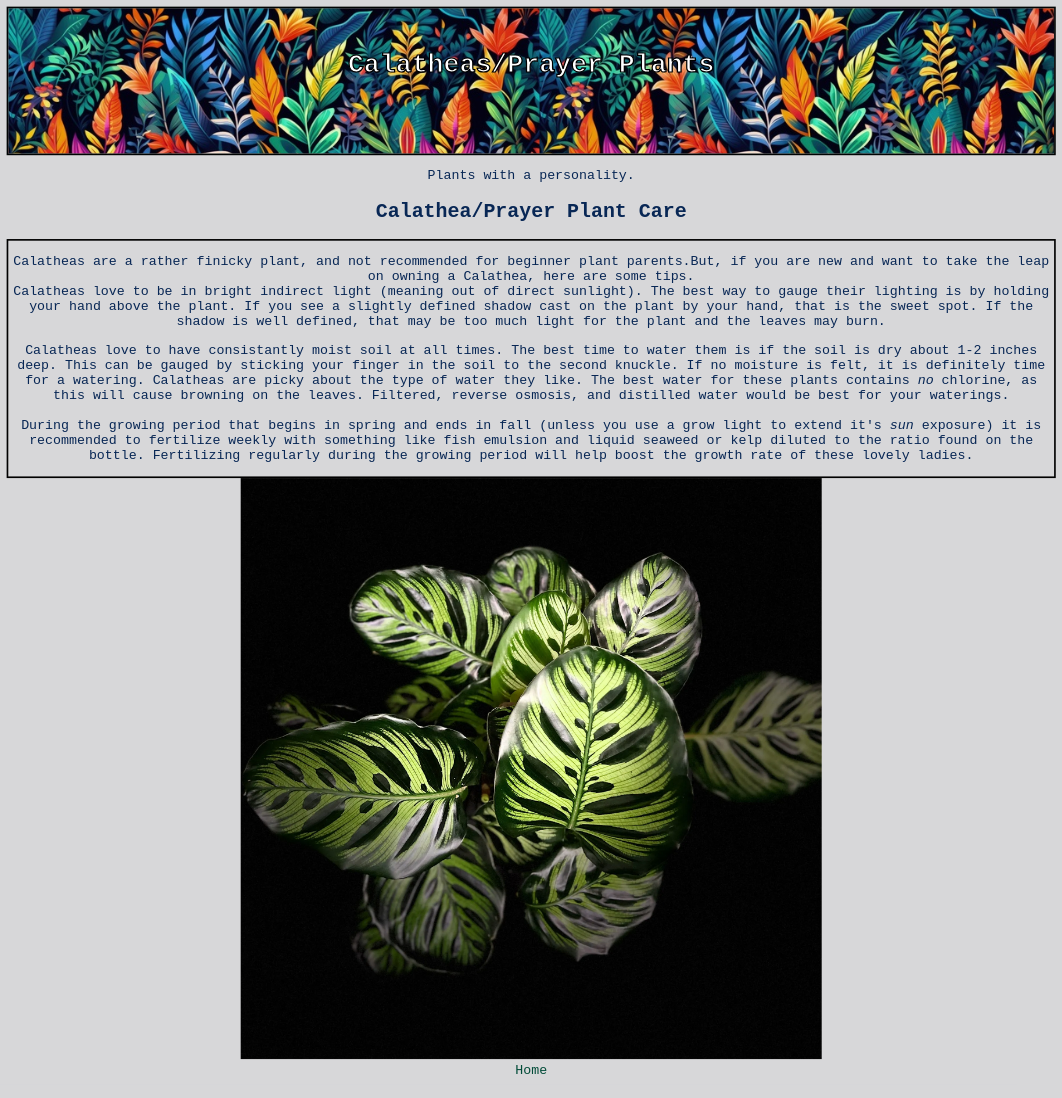
Repository: swillis91/odin-recipies
Page: Planty Page/calatheas.html
The author's editor kept a copy of each file at every save. The page is drawn from the files as they stood at one save, then again after the next save.
The browser window is 1280 px wide. The pictures show the whole page, at 83% of full size.

Above is the page before, as saved 2023-08-14 23:21:30.

After the next save:
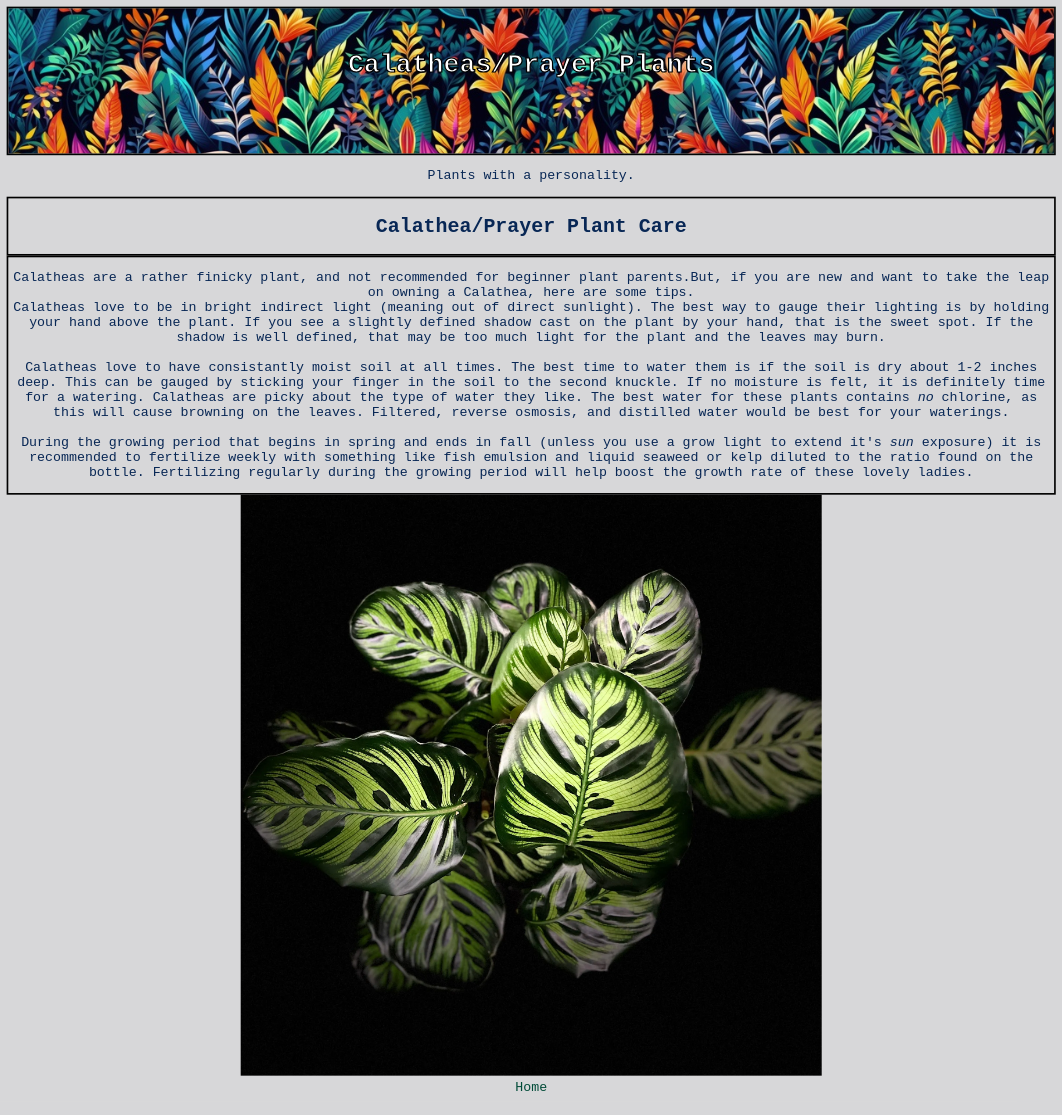
Saved 45 s later.
--- a/Planty Page/calatheas.html
+++ b/Planty Page/calatheas.html
@@ -7,7 +7,9 @@
         <body>
             <h1 class="heading"><b>Calatheas/Prayer Plants</b></h1>
               <p>Plants with a personality.</p>
-            <h2 class="species">Calathea/Prayer Plant Care</h2>
+            <div class="box">
+                <h2 class="species">Calathea/Prayer Plant Care</h2>
+            </div>
             <div class="box">
               <p class="care">Calatheas are a rather finicky plant, and not recommended for beginner plant parents.But, if you are new and want to take the leap on owning a Calathea, here are some tips.
                 <br>
